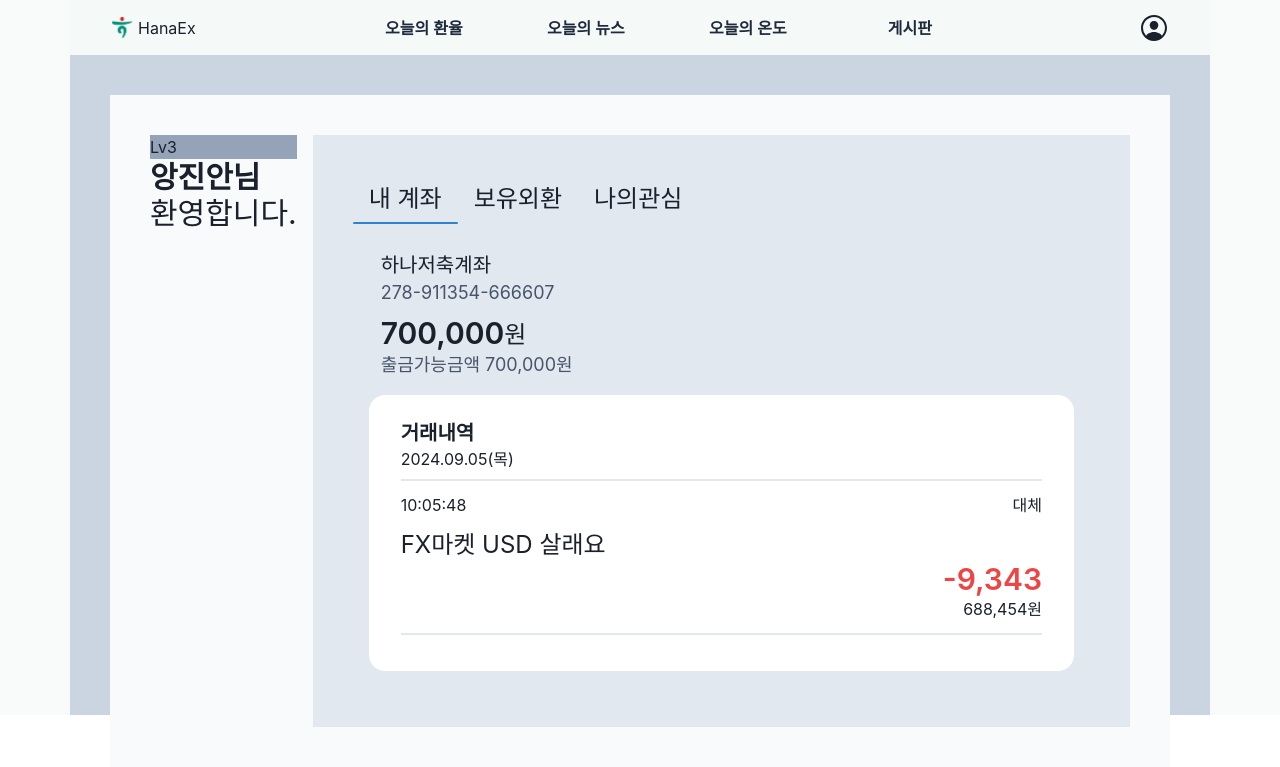
Repository: HANAEX/FRONT
Page: /My
An editor plug-in stored every save of this project. The page is shown before and after the next save, followed by the edit.
The browser window is 1280 px wide. The pictures show the whole page.
The project was rebuilt for these pictures with package versions that can differ from the ones it lists, and the page was loaded fresh each time. Also part of the build but not shown: src/components/ChartCard.js, src/components/FlowText.js, src/pages/MainPage.js, src/pages/LoginPage.js, src/components/Toggle.js, src/components/SementicCard.js, src/data/imageMapper.js, src/data/countryMapper.js and 32 more.

Above is the page before, as saved 2024-09-05 17:06:29.

After the next save:
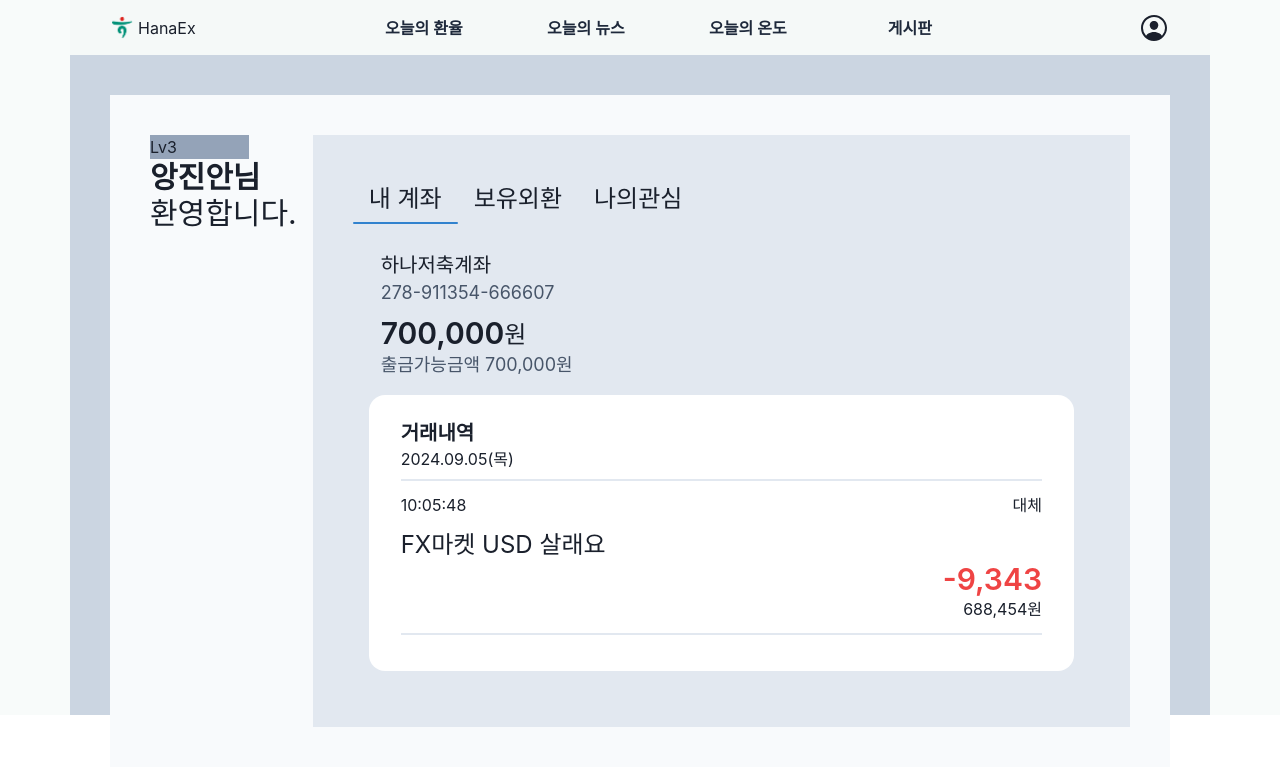
Saved 12 s later.
--- a/src/pages/MyPage.js
+++ b/src/pages/MyPage.js
@@ -14,7 +14,7 @@ const MyPage = () => {
     <div className="w-[1140px] h-[calc(100vh-60px)] flex flex-col py-10 px-10 bg-slate-300">
       <div className="bg-slate-50 p-10 flex">
         <div className="mr-4 ">
-          <p className="bg-slate-400">Lv3</p>
+          <Text className="bg-slate-400 mr-12">Lv3</Text>
           <Text className="font-semibold text-3xl">앙진안님</Text>
           <Text className="text-3xl">환영합니다.</Text>
         </div>
